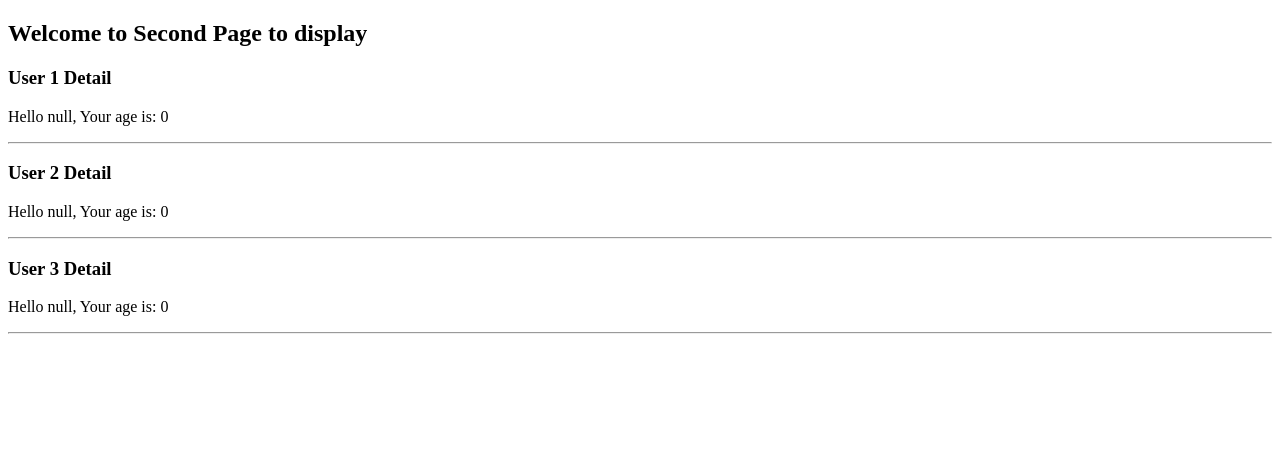
Repository: nikant20/Training
Page: http://localhost/javaee-jsp-demo/Second.jsp
An editor plug-in stored every save of this project. The page is shown before and after the next save, followed by the edit.
The browser window is 1280 px wide. The pictures show the whole page.
The page is served by Tomcat 9. Other server files are loaded and not shown.

Above is the page before, as saved 2018-09-20 10:08:51.

### javaee-jsp-demo/WebContent/Second.jsp
<%@ page language="java" contentType="text/html; charset=ISO-8859-1"
    pageEncoding="ISO-8859-1"%>
<!DOCTYPE html>
<html>
<head>
<meta charset="ISO-8859-1">
<title>Insert title here</title>
</head>
<body>
		<h2>Welcome to Second Page to display</h2>
	<jsp:useBean id="userKey" class="com.opteamix.beans.User" scope="request"></jsp:useBean>
	<jsp:useBean id="userKey2" class="com.opteamix.beans.User" scope="session"></jsp:useBean>
	<jsp:useBean id="userKey3" class="com.opteamix.beans.User" scope="application"></jsp:useBean>
	<h3>
		User 1 Detail
	</h3>
		<p>Hello <jsp:getProperty property="userName" name="userKey"/>,
		   Your age is: <jsp:getProperty property="age" name="userKey"/>
		</p>
		<hr>
		<h3>User 2 Detail</h3>
			<p>Hello <jsp:getProperty property="userName" name="userKey2"/>,
		   Your age is: <jsp:getProperty property="age" name="userKey2"/>
		</p>
		<hr>
		<h3>User 3 Detail</h3>
			<p>Hello <jsp:getProperty property="userName" name="userKey3"/>,
		   Your age is: <jsp:getProperty property="age" name="userKey3"/>
		</p>
		<hr>
</body>
</html>

### javaee-jsp-demo/src/com/opteamix/beans/User.java
package com.opteamix.beans;

public class User {

	private String userName;
	private int age;
	public User() {
		super();
	}
	public User(String userName, int age) {
		super();
		this.userName = userName;
		this.age = age;
	}
	public String getUserName() {
		return userName;
	}
	public void setUserName(String userName) {
		this.userName = userName;
	}
	public int getAge() {
		return age;
	}
	public void setAge(int age) {
		this.age = age;
	}
}

After the next save:
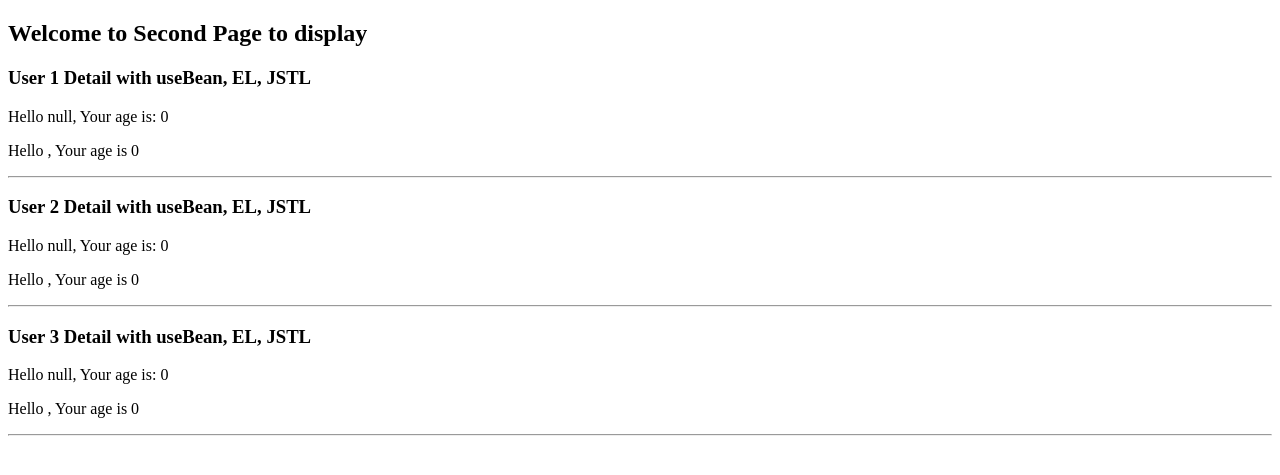
Saved 6 min 58 s later.
--- a/javaee-jsp-demo/WebContent/Second.jsp
+++ b/javaee-jsp-demo/WebContent/Second.jsp
@@ -7,26 +7,29 @@
 <title>Insert title here</title>
 </head>
 <body>
-		<h2>Welcome to Second Page to display</h2>
+	<h2>Welcome to Second Page to display</h2>
 	<jsp:useBean id="userKey" class="com.opteamix.beans.User" scope="request"></jsp:useBean>
 	<jsp:useBean id="userKey2" class="com.opteamix.beans.User" scope="session"></jsp:useBean>
 	<jsp:useBean id="userKey3" class="com.opteamix.beans.User" scope="application"></jsp:useBean>
 	<h3>
-		User 1 Detail
+		User 1 Detail with useBean, EL, JSTL
 	</h3>
 		<p>Hello <jsp:getProperty property="userName" name="userKey"/>,
 		   Your age is: <jsp:getProperty property="age" name="userKey"/>
 		</p>
+		<p>Hello ${userKey.userName}, Your age is ${userKey.age}</p>
 		<hr>
-		<h3>User 2 Detail</h3>
+		<h3>User 2 Detail with useBean, EL, JSTL</h3>
 			<p>Hello <jsp:getProperty property="userName" name="userKey2"/>,
 		   Your age is: <jsp:getProperty property="age" name="userKey2"/>
 		</p>
+		<p>Hello ${userKey2.userName}, Your age is ${userKey2.age}</p>
 		<hr>
-		<h3>User 3 Detail</h3>
+		<h3>User 3 Detail with useBean, EL, JSTL</h3>
 			<p>Hello <jsp:getProperty property="userName" name="userKey3"/>,
 		   Your age is: <jsp:getProperty property="age" name="userKey3"/>
 		</p>
+		<p>Hello ${userKey3.userName}, Your age is ${userKey3.age}</p>
 		<hr>
 </body>
 </html>
